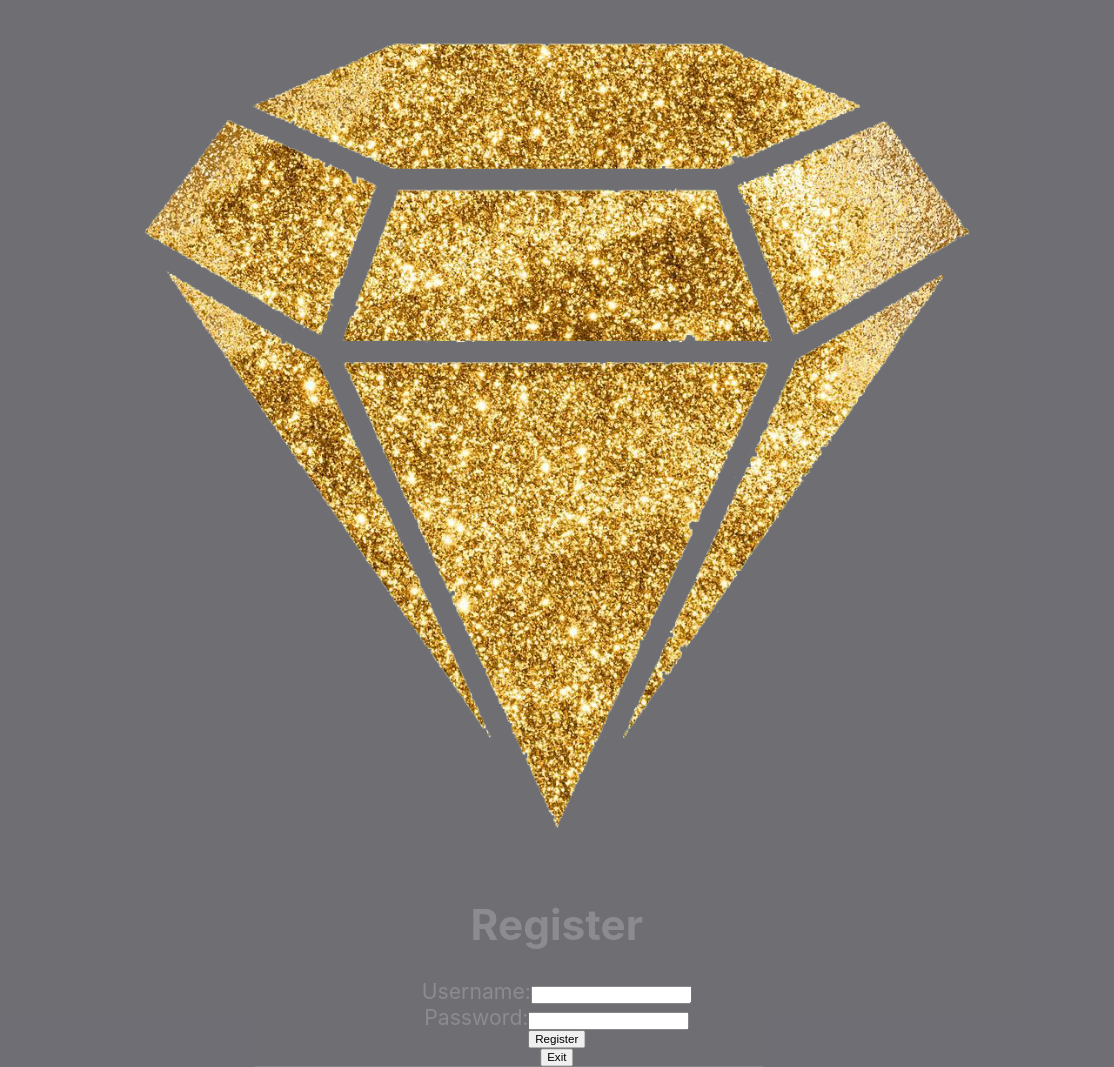
Repository: iMlearnDinG/react-app-v2
Page: /register
These files come from the project's save history. The page is drawn as it stood at one moment and after the next save; the edit follows.
The browser window is 1280 px wide. The pictures show the whole page, at 87% of full size.
The page's requests for data from a server got no answer. The project was rebuilt for these pictures with package versions that can differ from the ones it lists, and the page was loaded fresh each time. No one was signed in, and anything a server would have sent is missing. Also part of the build but not shown: src/css/login.css, src/components/Login.js, src/components/Lobby.js, src/components/Game.js, src/components/Menu.js. Imported but missing from the stored project, and not drawn on this page: src/media/video.mp4.

Above is the page before, as saved 2023-07-21 21:51:17.

After the next save:
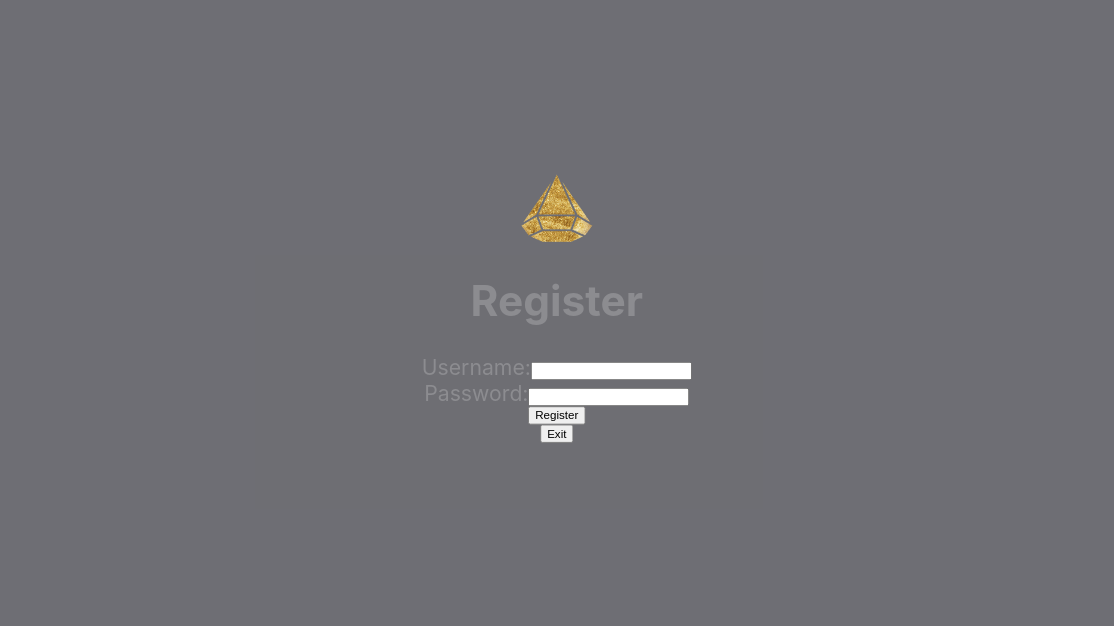
Saved 59 s later.
--- a/src/css/register.css
+++ b/src/css/register.css
@@ -9,3 +9,22 @@
     color: rgba(255, 255, 255, 0.209);
     overflow: hidden;
   }
+
+  .register-image {
+    width: 12vh;
+    object-fit: contain;
+    margin-top: -2vh;
+    transition: transform 3s ease, opacity 0s ease;
+    perspective: 1000px;
+    transform-style: preserve-3d;
+    transform: rotateX(180deg) rotateY(0deg) rotateZ(0deg);
+  }
+
+  .register-image:hover {
+    transform: rotateX(-10deg) rotateY(10deg);
+  }
+
+  .register-image.animate {
+    transform: rotateX(-10deg) rotateY(10deg);
+    transition: transform 0.5s ease;
+  }
